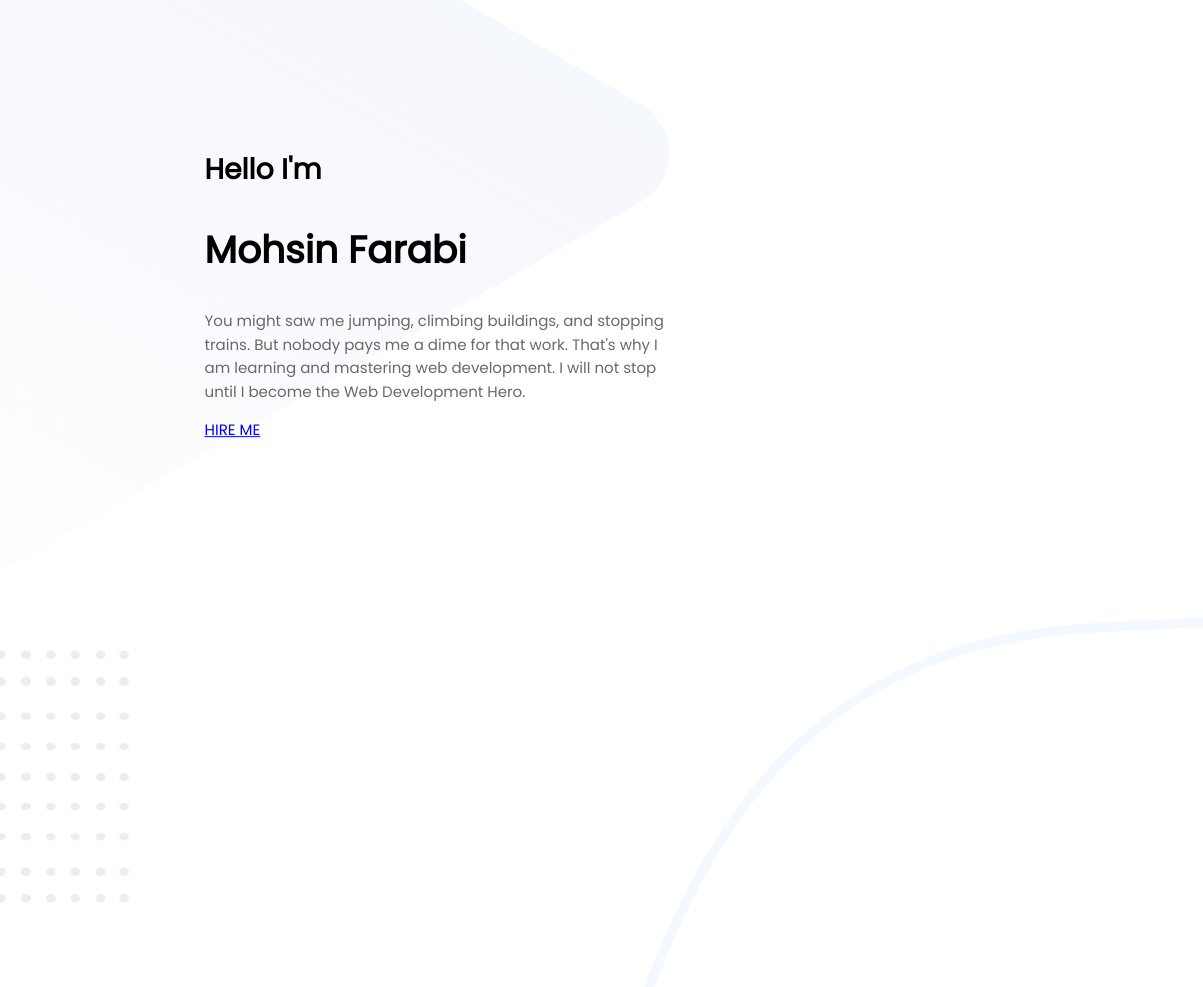
Repository: mohsinfarabi/personal-website
Page: index.html
These files come from the project's save history. The page is drawn as it stood at one moment and after the next save; the edit follows.
The browser window is 1280 px wide. The pictures show the whole page, at 94% of full size.

Above is the page before, as saved 2020-07-01 03:18:40.

### index.html
<!DOCTYPE html>
<html lang="en">

<head>
    <meta charset="UTF-8">
    <meta name="viewport" content="width=device-width, initial-scale=1.0">
    <link href="https://fonts.googleapis.com/css2?family=Poppins" rel="stylesheet">
    <link rel="stylesheet" href="style.css">
    <title>Farabi - Web Developer</title>
</head>

<body>
    <section class="header-banner">
        <div class="half-width">
            <h3>Hello I'm</h3>
            <h2>Mohsin Farabi</h2>
            <p>You might saw me jumping, climbing buildings, and stopping trains. But nobody pays me a dime for that work. That's why I am learning and mastering web development. I will not stop until I become the Web Development Hero.</p>
            <a class="link-button" target="_blank" href="https://www.linkedin.com/in/mohsin-farabi-68655040/">HIRE ME</a>
        </div>

    </section>



</body>

</html>

### style.css
body {
    margin: 0;
    font-family: 'Poppins', sans-serif;
}

h2 {
    font-size: 40px;
}

h3 {
    font-size: 30px;
}

p {
    color: dimgray;
}

.half-width {
    width: 40%;
    float: left;
    margin-left: 15%;
    margin-top: 10%;
    padding-left: 2%;
}

section {
    height: 900px;
    padding-bottom: 150px;
}

.header-banner {
    background-image: url("images/header-bg.png");
    background-repeat: no-repeat;
}

After the next save:
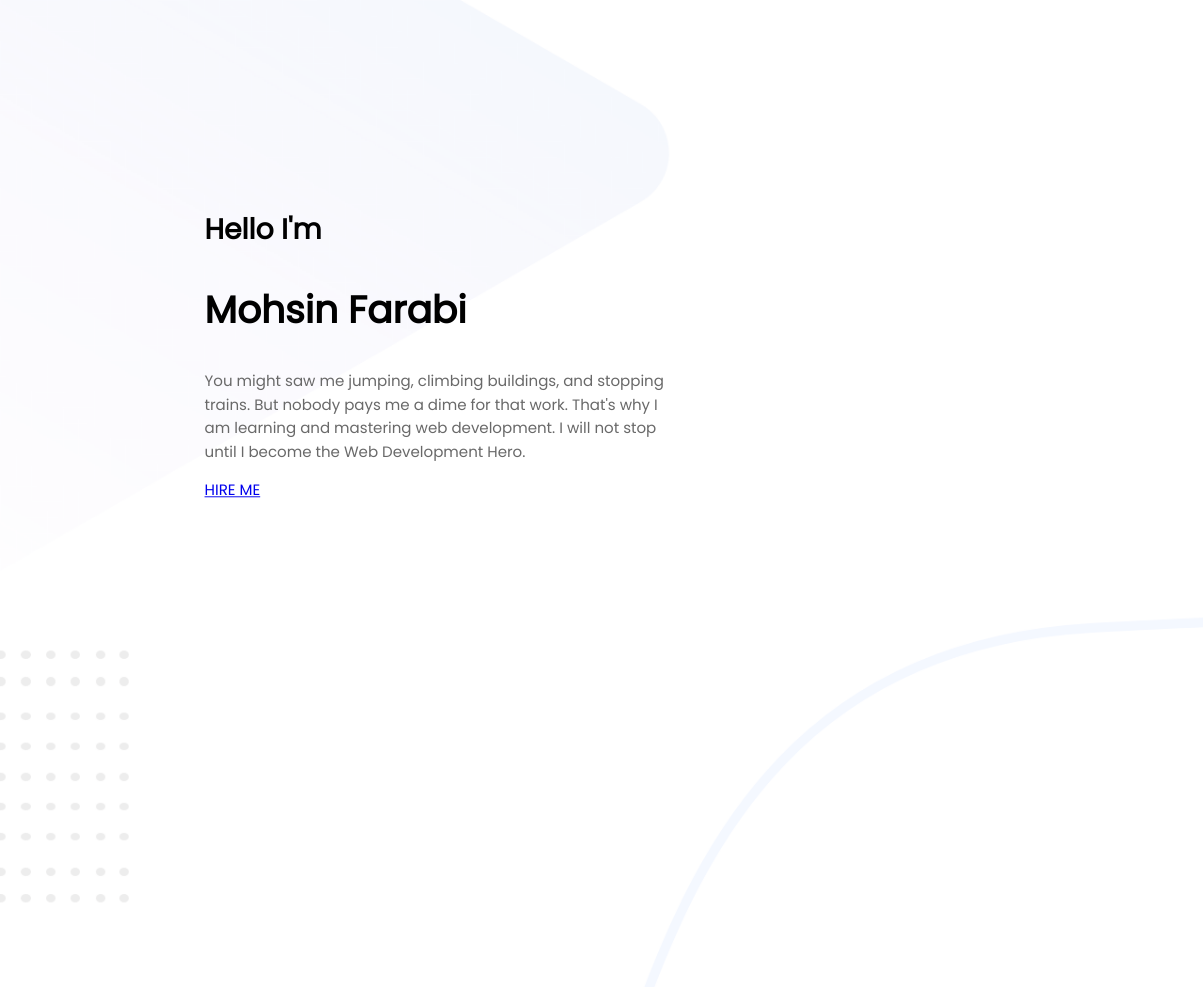
Saved 12 s later.
--- a/style.css
+++ b/style.css
@@ -19,7 +19,7 @@ p {
     width: 40%;
     float: left;
     margin-left: 15%;
-    margin-top: 10%;
+    margin-top: 15%;
     padding-left: 2%;
 }
 
